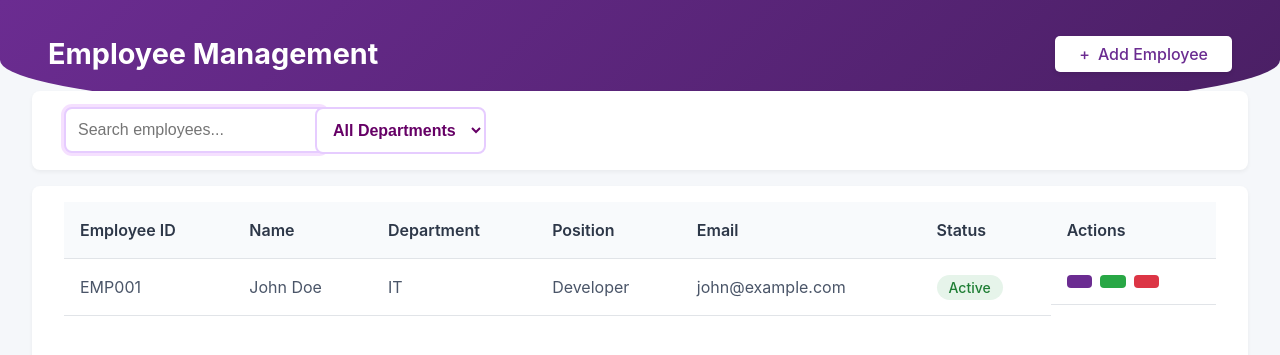
Repository: nino-pixel/payrolllatest
Page: /employees (app in web_vue/)
These files come from the project's save history. The page is drawn as it stood at one moment and after the next save; the edit follows.
The browser window is 1280 px wide. The pictures show the whole page.
The project was rebuilt for these pictures with package versions that can differ from the ones it lists, and the page was loaded fresh each time. Also part of the build but not shown: web_vue/vite.config.js, web_vue/src/components/login_page.vue, web_vue/src/components/sign_up.vue, web_vue/src/components/dashboard.vue, web_vue/src/components/attendance_management.vue, web_vue/src/components/generate_payroll.vue.

Above is the page before, as saved 2024-12-19 02:23:47.

### web_vue/src/main.js
import { createApp } from 'vue'
import './style.css'
import App from './App.vue'
import router from './router'

// ECharts imports
import VChart from 'vue-echarts'
import { use } from 'echarts/core'
import { CanvasRenderer } from 'echarts/renderers'
import { PieChart, LineChart, BarChart, GaugeChart } from 'echarts/charts'
import {
  TitleComponent,
  TooltipComponent,
  LegendComponent,
  GridComponent
} from 'echarts/components'

// Register ECharts components
use([
  CanvasRenderer,
  PieChart,
  LineChart,
  BarChart,
  GaugeChart,
  TitleComponent,
  TooltipComponent,
  LegendComponent,
  GridComponent
])

const app = createApp(App)
app.component('v-chart', VChart)
app.use(router)
app.mount('#app')

### web_vue/src/style.css
:root {
  font-family: Inter, system-ui, Avenir, Helvetica, Arial, sans-serif;
  line-height: 1.5;
  font-weight: 400;
  color-scheme: light dark;
  color: rgba(255, 255, 255, 0.87);
  background-color: #242424;
  font-synthesis: none;
  text-rendering: optimizeLegibility;
  -webkit-font-smoothing: antialiased;
  -moz-osx-font-smoothing: grayscale;
}

body {
  margin: 0;
  padding: 0;
  min-height: 100vh;
  width: 100%;
}

/* Remove the centering and width constraints */
#app {
  max-width: none;
  margin: 0;
  padding: 0;
  width: 100%;
  min-height: 100vh;
}

/* Adjust other styles */
.card {
  padding: 2em;
  width: 100%;
  box-sizing: border-box;
}

button {
  border-radius: 8px;
  border: 1px solid transparent;
  padding: 0.6em 1.2em;
  font-size: 1em;
  font-weight: 500;
  font-family: inherit;
  background-color: #1a1a1a;
  cursor: pointer;
  transition: border-color 0.25s;
}

/* Media query adjustments */
@media (prefers-color-scheme: light) {
  :root {
    color: #213547;
    background-color: #ffffff;
  }
  a:hover {
    color: #747bff;
  }
  button {
    background-color: #f9f9f9;
  }
}

### web_vue/src/App.vue

<template>
 <router-view></router-view>

</template>

<script>
import login_page from './components/login_page.vue'
 // Import the component

export default {
  name: 'App',
  components: {
    login_page,
  }
}
</script>

### web_vue/src/router/index.js
import { createRouter, createWebHistory } from 'vue-router'
import LoginPage from '../components/login_page.vue'
import SignupPage from '../components/sign_up.vue'
import Dashboard from '../components/dashboard.vue'
import EmployeeManagement from '../components/employee_management.vue'
import AttendanceManagement from '../components/attendance_management.vue'
import GeneratePayroll from '../components/generate_payroll.vue'
const routes = [
  {
    path: '/',
    name: 'Login',
    component: LoginPage
  },
  {
    path: '/signup',
    name: 'Signup',
    component: SignupPage
  },
  {
    path: '/dashboard',
    name: 'Dashboard',
    component: Dashboard
  },
  {
    path: '/employees',
    name: 'Employees',
    component: EmployeeManagement
  },
  {
    path: '/attendance',
    name: 'Attendance',
    component: AttendanceManagement
  },
  {
    path: '/generate_payroll',
    name: 'GeneratePayroll',
    component: GeneratePayroll
  }

  // Add other routes here as needed
]

const router = createRouter({
  history: createWebHistory(),
  routes
})

export default router

### web_vue/src/components/employee_management.vue
<template>
    <div class="employee-container">
      <div class="wave-bg"></div>

      <div class="content-wrapper">
        <!-- Header Section -->
        <div class="header-section">
          <h1>Employee Management</h1>
          <button class="add-btn" @click="openAddModal">
            <span>+</span> Add Employee
          </button>
        </div>

        <!-- Search and Filter Section -->
        <div class="search-section">
          <div class="search-box">
            <input
              type="text"
              v-model="searchQuery"
              placeholder="Search employees..."
            >
          </div>
          <div class="filter-box">
            <select v-model="departmentFilter">
              <option value="">All Departments</option>
              <option value="HR">HR</option>
              <option value="IT">IT</option>
              <option value="Finance">Finance</option>
              <option value="Marketing">Marketing</option>
            </select>
          </div>
        </div>

        <!-- Employee Table -->
        <div class="table-container">
          <table>
            <thead>
              <tr>
                <th>Employee ID</th>
                <th>Name</th>
                <th>Department</th>
                <th>Position</th>
                <th>Email</th>
                <th>Status</th>
                <th>Actions</th>
              </tr>
            </thead>
            <tbody>
              <tr v-for="employee in filteredEmployees" :key="employee.id">
                <td>{{ employee.id }}</td>
                <td>{{ employee.name }}</td>
                <td>{{ employee.department }}</td>
                <td>{{ employee.position }}</td>
                <td>{{ employee.email }}</td>
                <td>
                  <span :class="['status', employee.status.toLowerCase()]">
                    {{ employee.status }}
                  </span>
                </td>
                <td class="actions">
                  <button @click="viewEmployee(employee)" class="view-btn">
                    <i class="fas fa-eye"></i>
                  </button>
                  <button @click="editEmployee(employee)" class="edit-btn">
                    <i class="fas fa-edit"></i>
                  </button>
                  <button @click="deleteEmployee(employee)" class="delete-btn">
                    <i class="fas fa-trash"></i>
                  </button>
                </td>
              </tr>
            </tbody>
          </table>
        </div>
      </div>

      <!-- Add/Edit Modal -->
      <div class="modal" v-if="showModal">
        <div class="modal-content">
          <h2>{{ isEditing ? 'Edit Employee' : 'Add Employee' }}</h2>
          <form @submit.prevent="submitForm">
            <div class="form-group">
              <label>Name</label>
              <input type="text" v-model="formData.name" required>
            </div>
            <div class="form-group">
              <label>Department</label>
              <select v-model="formData.department" required>
                <option value="HR">HR</option>
                <option value="IT">IT</option>
                <option value="Finance">Finance</option>
                <option value="Marketing">Marketing</option>
              </select>
            </div>
            <div class="form-group">
              <label>Position</label>
              <input type="text" v-model="formData.position" required>
            </div>
            <div class="form-group">
              <label>Email</label>
              <input type="email" v-model="formData.email" required>
            </div>
            <div class="form-group">
              <label>Status</label>
              <select v-model="formData.status" required>
                <option value="Active">Active</option>
                <option value="Inactive">Inactive</option>
                <option value="On Leave">On Leave</option>
              </select>
            </div>
            <div class="form-buttons">
              <button type="submit" class="submit-btn">
                {{ isEditing ? 'Update' : 'Add' }}
              </button>
              <button type="button" @click="closeModal" class="cancel-btn">
                Cancel
              </button>
            </div>
          </form>
        </div>
      </div>

      <!-- View Modal -->
      <div class="modal" v-if="showViewModal">
        <div class="modal-content">
          <h2>Employee Details</h2>
          <div class="employee-details">
            <div class="detail-row">
              <span class="label">ID:</span>
              <span class="value">{{ selectedEmployee.id }}</span>
            </div>
            <div class="detail-row">
              <span class="label">Name:</span>
              <span class="value">{{ selectedEmployee.name }}</span>
            </div>
            <div class="detail-row">
              <span class="label">Department:</span>
              <span class="value">{{ selectedEmployee.department }}</span>
            </div>
            <div class="detail-row">
              <span class="label">Position:</span>
              <span class="value">{{ selectedEmployee.position }}</span>
            </div>
            <div class="detail-row">
              <span class="label">Email:</span>
              <span class="value">{{ selectedEmployee.email }}</span>
            </div>
            <div class="detail-row">
              <span class="label">Status:</span>
              <span class="value">{{ selectedEmployee.status }}</span>
            </div>
          </div>
          <button @click="closeViewModal" class="close-btn">Close</button>
        </div>
      </div>
    </div>
  </template>

  <script>
  export default {
    name: 'EmployeeManagement',
    data() {
      return {
        searchQuery: '',
        departmentFilter: '',
        showModal: false,
        showViewModal: false,
        isEditing: false,
        selectedEmployee: null,
        formData: {
          name: '',
          department: '',
          position: '',
          email: '',
          status: 'Active'
        },
        employees: [
          {
            id: 'EMP001',
            name: 'John Doe',
            department: 'IT',
            position: 'Developer',
            email: 'john@example.com',
            status: 'Active'
          },
          // Add more sample employees
        ]
      }
    },
    computed: {
      filteredEmployees() {
        return this.employees.filter(emp => {
          const matchesSearch = emp.name.toLowerCase().includes(this.searchQuery.toLowerCase()) ||
                              emp.email.toLowerCase().includes(this.searchQuery.toLowerCase())
          const matchesDepartment = !this.departmentFilter || emp.department === this.departmentFilter
          return matchesSearch && matchesDepartment
        })
      }
    },
    methods: {
      openAddModal() {
        this.isEditing = false
        this.formData = {
          name: '',
          department: '',
          position: '',
          email: '',
          status: 'Active'
        }
        this.showModal = true
      },
      editEmployee(employee) {
        this.isEditing = true
        this.formData = { ...employee }
        this.showModal = true
      },
      viewEmployee(employee) {
        this.selectedEmployee = employee
        this.showViewModal = true
      },
      deleteEmployee(employee) {
        if (confirm('Are you sure you want to delete this employee?')) {
          this.employees = this.employees.filter(emp => emp.id !== employee.id)
        }
      },
      submitForm() {
        if (this.isEditing) {
          const index = this.employees.findIndex(emp => emp.id === this.formData.id)
          this.employees[index] = { ...this.formData }
        } else {
          const newId = 'EMP' + String(this.employees.length + 1).padStart(3, '0')
          this.employees.push({
            ...this.formData,
            id: newId
          })
        }
        this.closeModal()
      },
      closeModal() {
        this.showModal = false
        this.formData = {
          name: '',
          department: '',
          position: '',
          email: '',
          status: 'Active'
        }
      },
      closeViewModal() {
        this.showViewModal = false
        this.selectedEmployee = null
      }
    }
  }
  </script>

  <style scoped>
.employee-container {
  width: 100vw;
  height: 100vh;
  overflow: hidden;
  background: #f5f7fa;
  position: relative;
}

.wave-bg {
  position: absolute;
  top: 0;
  left: 0;
  right: 0;
  height: 120px;
  background: linear-gradient(135deg, #6b2c91, #4a1f64);
  border-radius: 0 0 50% 50%;
  z-index: 0;
}

.content-wrapper {
  position: relative;
  z-index: 1;
  height: 100%;
  display: flex;
  flex-direction: column;
  padding: 1rem;
}

.header-section {
  display: flex;
  justify-content: space-between;
  align-items: center;
  padding: 1rem 2rem;
}

.header-section h1 {
  color: white;
  font-size: 1.8rem;
  margin: 0;
}

.add-btn {
  background: white;
  color: #6b2c91;
  border: none;
  padding: 0.5rem 1.5rem;
  border-radius: 5px;
  cursor: pointer;
  display: flex;
  align-items: center;
  gap: 0.5rem;
  font-weight: 500;
  transition: all 0.3s ease;
  box-shadow: 0 2px 4px rgba(0,0,0,0.1);
}

.add-btn:hover {
  background: #f8f9fa;
  transform: translateY(-1px);
}

.search-section {
  display: flex;
  gap: 1rem;
  padding: 1rem 2rem;
  background: white;
  margin: 0 1rem;
  border-radius: 8px;
  box-shadow: 0 2px 4px rgba(0,0,0,0.05);
}

.search-box input,
.filter-box select {
    width: 100%;
  padding: 12px;
  border: 2px solid #e6ccff;
  border-radius: 8px;
  font-size: 1em;
  color: #660066;
  background-color: white;
  transition: all 0.3s ease;
}

.search-box input:focus,
.filter-box select:focus {
    border-color: #cc66ff;
  outline: none;
  box-shadow: 0 0 0 3px rgba(204, 102, 255, 0.2);
  background-color: #f2e6ff;
}
.search-box::placeholder {
  color: #a880c7;
}

.table-container {
  flex: 1;
  overflow-y: auto;
  padding: 1rem 2rem;
  margin: 1rem;
  background: white;
  border-radius: 8px;
  box-shadow: 0 2px 4px rgba(0,0,0,0.05);
}

table {
  width: 100%;
  border-collapse: separate;
  border-spacing: 0;
  background: white;
}

th, td {
  padding: 1rem;
  text-align: left;
  border-bottom: 1px solid #e1e4e8;
  color: #4a5568;
}

th {
  background: #f8fafc;
  font-weight: 600;
  color: #2d3748;
}

.status {
  padding: 0.25rem 0.75rem;
  border-radius: 15px;
  font-size: 0.875rem;
  font-weight: 500;
}

.status.active {
  background: #e6f4ea;
  color: #1e7e34;
}

.status.inactive {
  background: #feeced;
  color: #dc3545;
}

.status.on-leave {
  background: #fff3cd;
  color: #856404;
}

.actions {
  display: flex;
  gap: 0.5rem;
}

.actions button {
  padding: 0.4rem 0.8rem;
  border: none;
  border-radius: 4px;
  cursor: pointer;
  transition: all 0.2s ease;
}

.view-btn {
  background: #6b2c91;
  color: white;
}

.edit-btn {
  background: #28a745;
  color: white;
}

.delete-btn {
  background: #dc3545;
  color: white;
}

.actions button:hover {
  opacity: 0.9;
  transform: translateY(-1px);
}

.modal {
  position: fixed;
  top: 0;
  left: 0;
  right: 0;
  bottom: 0;
  background: rgba(0, 0, 0, 0.5);
  display: flex;
  justify-content: center;
  align-items: center;
  z-index: 1000;
}
select{
    background-color: #f2e6ff;
    color: #9737e0;
    font-weight:1000;
}
.modal-content {
  background: white;
  padding: 2rem;
  border-radius: 10px;
  width: 500px;
  max-width: 90%;
  box-shadow: 0 4px 6px rgba(0,0,0,0.1);
}

.modal-content h2 {
  color: #a880c7;  margin-bottom: 1.5rem;
  font-size: 1.5rem;
}

.form-group {
  margin-bottom: 1.2rem;
}
input{
    border-color: #cc66ff;
  outline: none;
  box-shadow: 0 0 0 3px rgba(204, 102, 255, 0.2);
  background-color: #f2e6ff;
}
.form-group label {
  display: block;
  margin-bottom: 0.5rem;
  font-weight: 500;
  color: #4a5568;
}

.form-group input,
.form-group select {
  width: 100%;
  padding: 0.6rem;
  border: 1px solid #e1e4e8;
  border-radius: 5px;
  color: #a880c7;  transition: all 0.2s ease;
}

.form-group input:focus,
.form-group select:focus {
  outline: none;
  border-color: #6b2c91;
  box-shadow: 0 0 0 2px rgba(107, 44, 145, 0.1);
}

.form-buttons {
  display: flex;
  gap: 1rem;
  margin-top: 2rem;
}

.submit-btn,
.cancel-btn {
  padding: 0.6rem 1.2rem;
  border: none;
  border-radius: 5px;
  cursor: pointer;
  font-weight: 500;
  transition: all 0.2s ease;
}

.submit-btn {
  background: #6b2c91;
  color: white;
  flex: 2;
}

.cancel-btn {
  background: #dc3545;
  color: white;
  flex: 1;
}

.submit-btn:hover,
.cancel-btn:hover {
  opacity: 0.9;
  transform: translateY(-1px);
}

.employee-details {
  margin: 1.5rem 0;
}

.detail-row {
  display: flex;
  margin-bottom: 0.8rem;
  padding: 0.5rem;
  border-bottom: 1px solid #e1e4e8;
}

.detail-row .label {
  font-weight: 500;
  width: 120px;
  color: #4a5568;
}

.detail-row .value {
    color: #a880c7;
}

.close-btn {
  width: 100%;
  padding: 0.6rem;
  background: #6b2c91;
  color: white;
  border: none;
  border-radius: 5px;
  cursor: pointer;
  font-weight: 500;
  margin-top: 1rem;
  transition: all 0.2s ease;
}

.close-btn:hover {
  background: #5a2578;
}
</style>

After the next save:
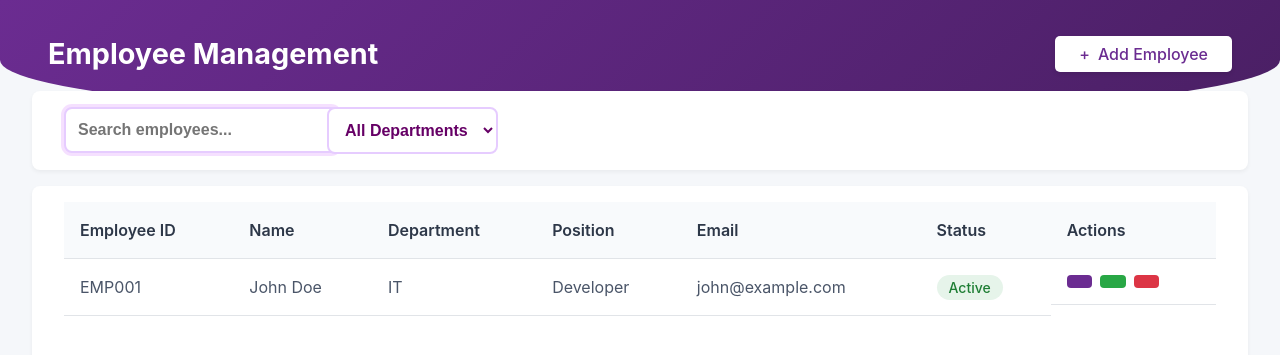
Saved 36 s later.
--- a/web_vue/src/components/employee_management.vue
+++ b/web_vue/src/components/employee_management.vue
@@ -471,6 +471,8 @@ select{
 input{
     border-color: #cc66ff;
   outline: none;
+  color: #9737e0;
+    font-weight:1000;
   box-shadow: 0 0 0 3px rgba(204, 102, 255, 0.2);
   background-color: #f2e6ff;
 }
